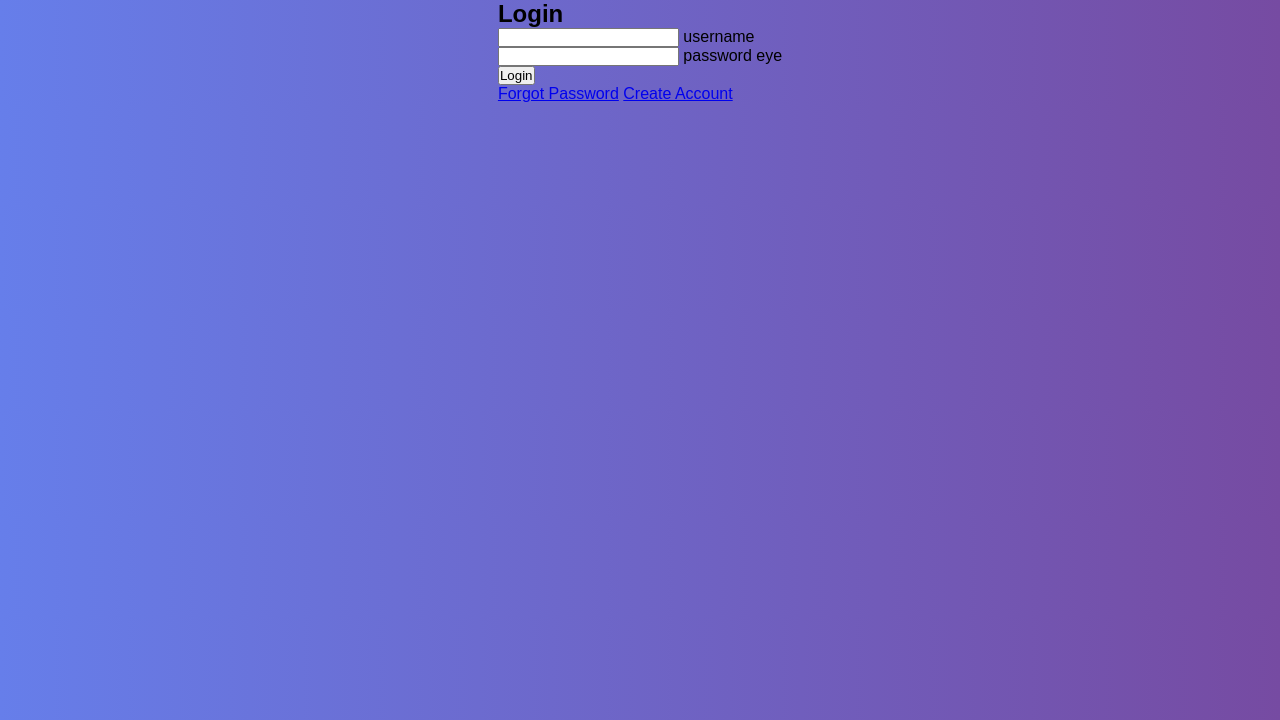
Repository: wingming07/Agro_mart
Page: login/login.html
The author's editor kept a copy of each file at every save. The page is drawn from the files as they stood at one save, then again after a run of saves.
The browser window is 1280 px wide. The pictures show the whole page.

Above is the page before, as saved 2025-06-10 17:10:30.

After the next 3 saves:
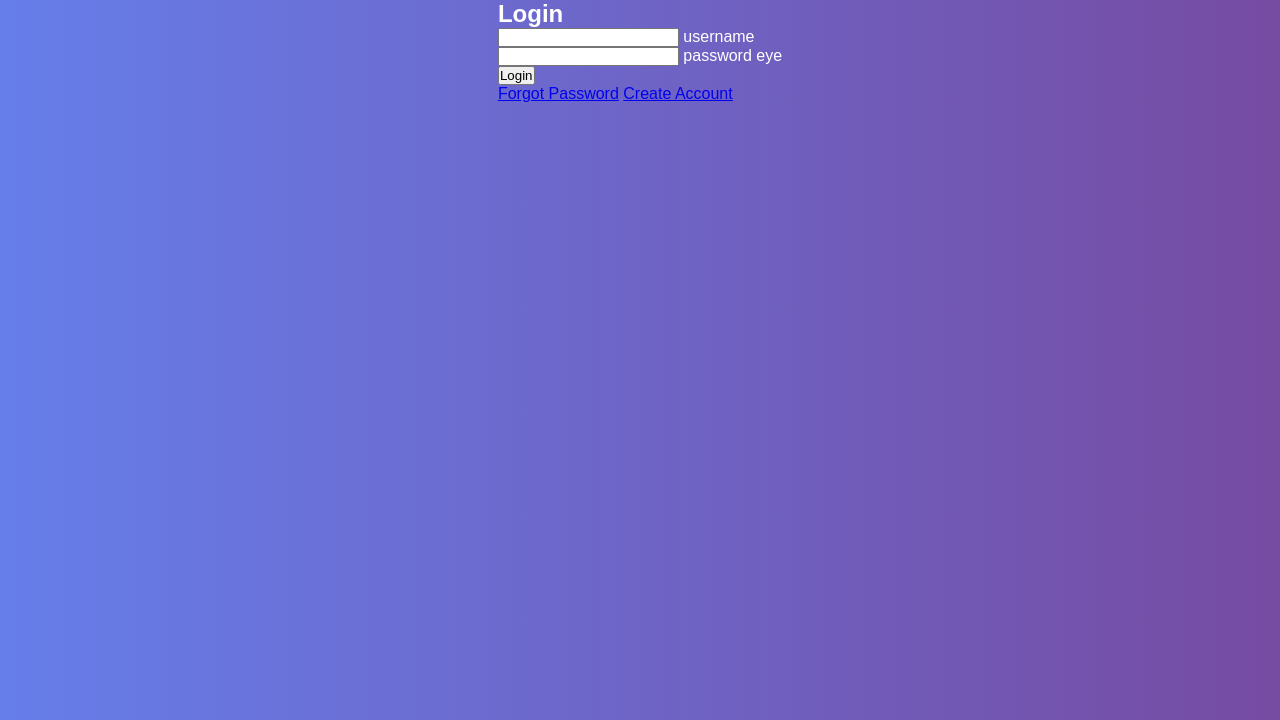
The 3 saves are shown as one change because they came seconds apart.
The last was saved 10 s later.
--- a/login/style.css
+++ b/login/style.css
@@ -13,5 +13,6 @@ body{
     align-items: center;
 }
 .login-container{
-    color:
+    color:white;
+
 }
